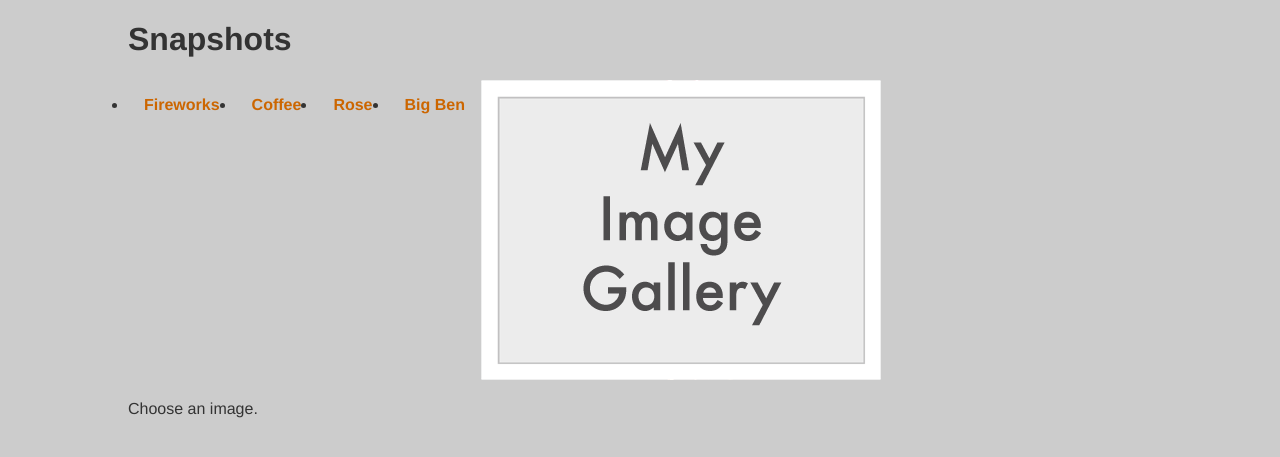
Repository: wangxinjun08231116/Html5Views
Page: WangXinJun/WebContent/js03.html
An editor plug-in stored every save of this project. The page is shown before and after the next save, followed by the edit.
The browser window is 1280 px wide. The pictures show the whole page.

Above is the page before, as saved 2015-01-20 02:50:56.

After the next save:
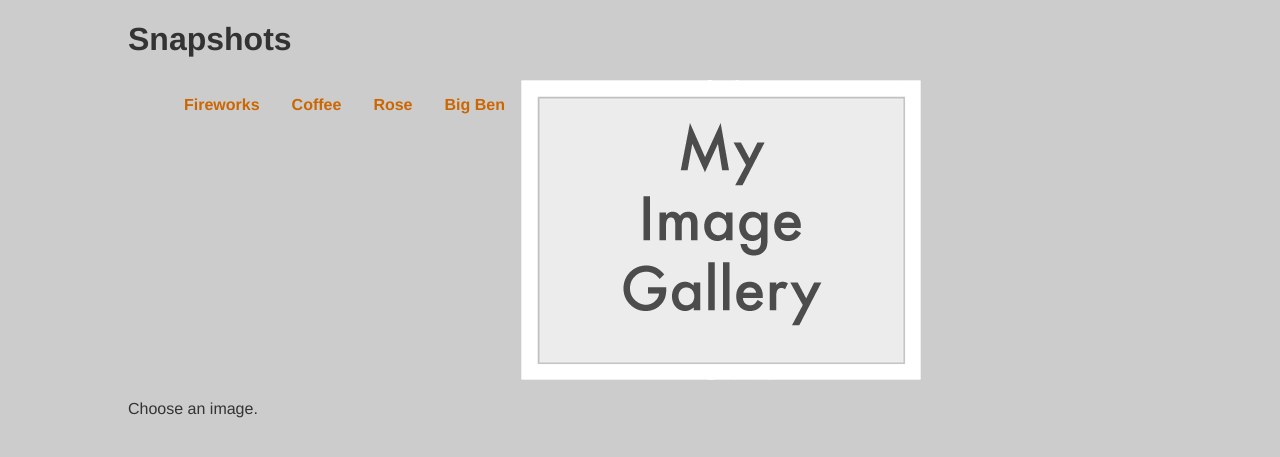
Saved 48 s later.
--- a/WangXinJun/WebContent/css/styles_03/layout.css
+++ b/WangXinJun/WebContent/css/styles_03/layout.css
@@ -15,9 +15,10 @@ a {
   text-decoration: none;
 }
 ul {
-  padding: 0;
+  padding: 100;
 }
 li {
   float: left;
   padding: 1em;
+  list-style: none;
 }
